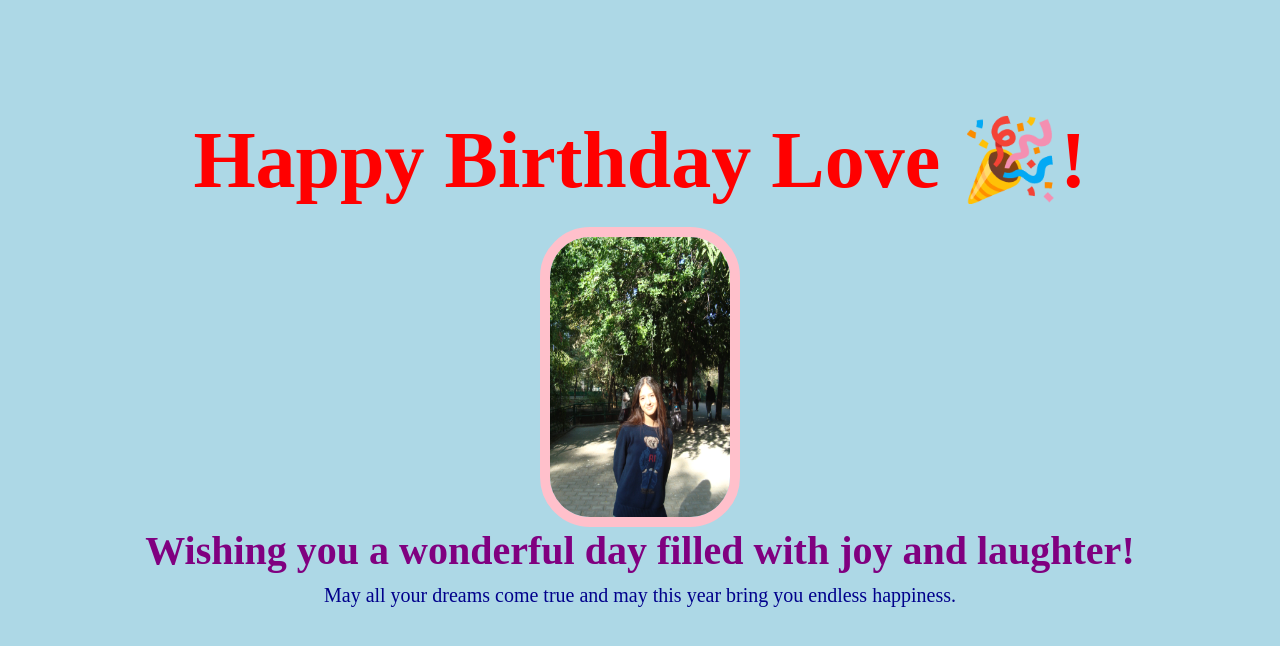
Repository: raghhavv03/html-css-practice
Page: css-task-5/index.html
An editor plug-in stored every save of this project. The page is shown before and after the next save, followed by the edit.
The browser window is 1280 px wide. The pictures show the whole page.
Some web fonts or font styles are not loaded; a fallback is used.

Above is the page before, as saved 2026-02-07 16:25:54.

After the next save:
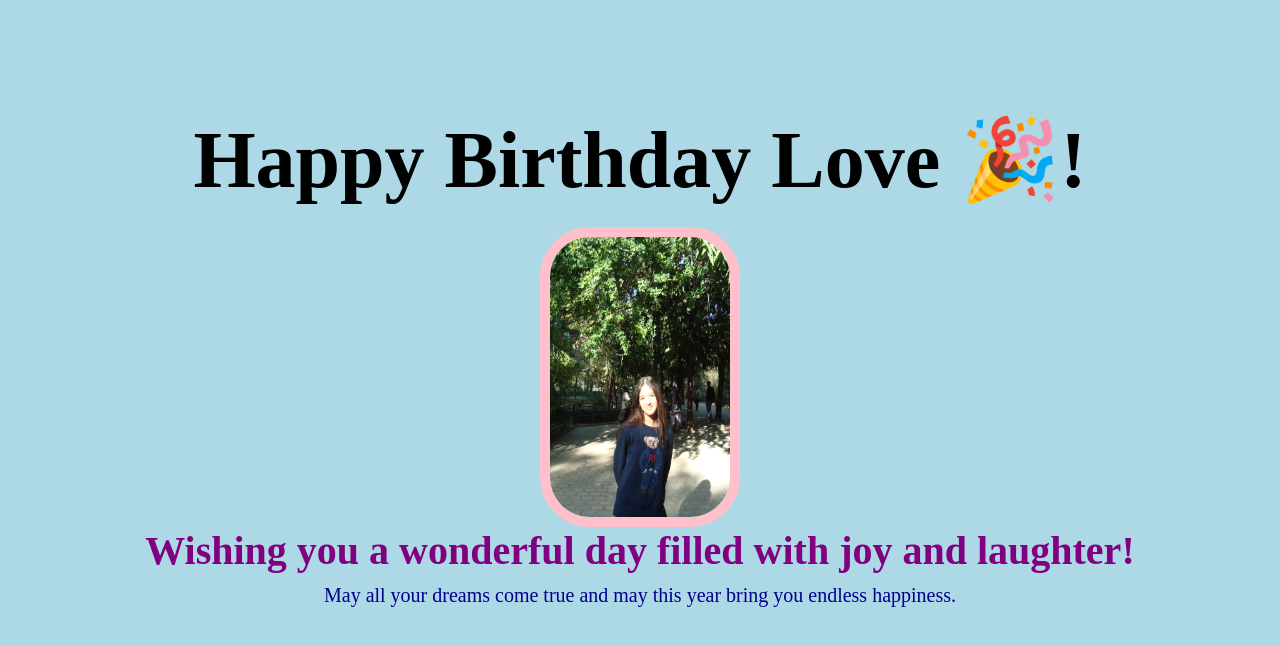
Saved 12 s later.
--- a/css-task-5/style.css
+++ b/css-task-5/style.css
@@ -25,7 +25,6 @@ body {
 
 h1 {
     font-size: 80px;
-    color: red;
     margin-bottom: 20px;
 }
 
